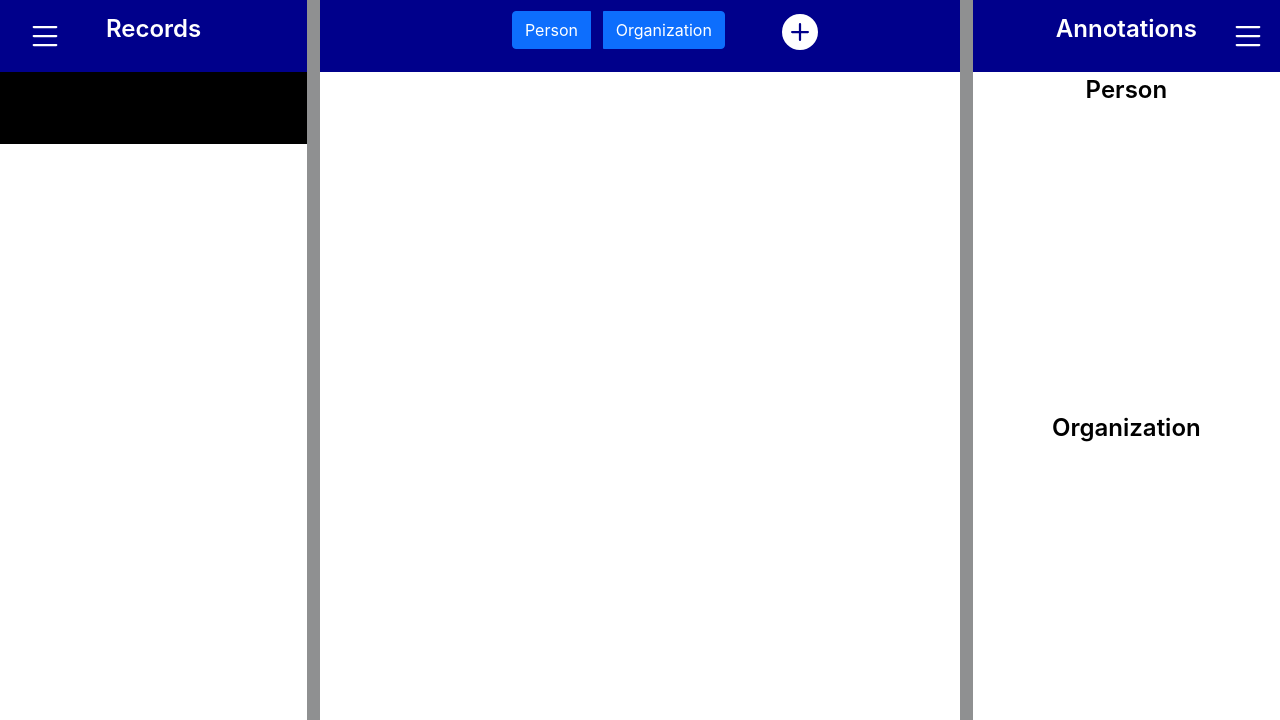
Repository: napan24/classforma_assignment
Page: / (app in client/)
These files come from the project's save history. The page is drawn as it stood at one moment and after the next save; the edit follows.
The browser window is 1280 px wide. The pictures show the whole page.
The project was rebuilt for these pictures with package versions that can differ from the ones it lists, and the page was loaded fresh each time. Also part of the build but not shown: client/src/App.css.

Above is the page before, as saved 2022-07-20 18:43:29.

After the next save:
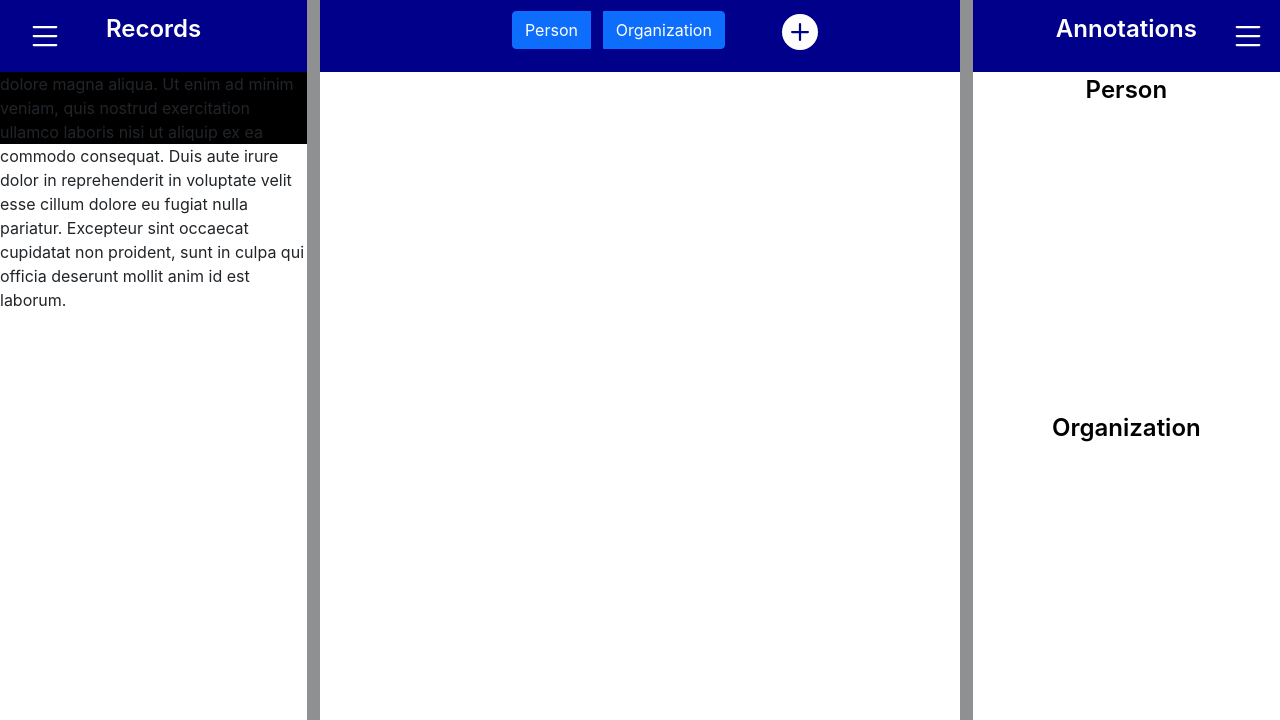
Saved 88 s later.
--- a/client/src/Home.js
+++ b/client/src/Home.js
@@ -7,8 +7,8 @@ const Home = () => {
     const [personName, setPersonName] = useState(['']);
     const [placeName, setPlaceName] = useState(['']);
     const [data, setData] = useState("");
-    const [leftClose,setLeftClose]=useState(false);
-    const [rightClose,setRightClose]=useState(false);
+    const [leftClose, setLeftClose] = useState(false);
+    const [rightClose, setRightClose] = useState(false);
     useEffect(() => {
         if (textField) {
             trending();
@@ -107,13 +107,18 @@ const Home = () => {
                     <svg onClick={() => { showLeftComponent() }} style={{ width: "5vw", height: "5vh", position: 'absolute', left: "1vw", top: "2.5vh", color: 'white' }} xmlns="http://www.w3.org/2000/svg" fill="currentColor" class="bi bi-list" viewBox="0 0 16 16">
                         <path fill-rule="evenodd" d="M2.5 12a.5.5 0 0 1 .5-.5h10a.5.5 0 0 1 0 1H3a.5.5 0 0 1-.5-.5zm0-4a.5.5 0 0 1 .5-.5h10a.5.5 0 0 1 0 1H3a.5.5 0 0 1-.5-.5zm0-4a.5.5 0 0 1 .5-.5h10a.5.5 0 0 1 0 1H3a.5.5 0 0 1-.5-.5z" />
                     </svg>
-                    <div style={{width:"24vw",height:"20vh",backgroundColor:"black"}}>
-
+                    <div style={{ width: "24vw", height: "20vh", backgroundColor: "black" }}>
+                        <span>
+                            1
+                        </span>
+                        <span>
+                            Lorem ipsum dolor sit amet, consectetur adipiscing elit, sed do eiusmod tempor incididunt ut labore et dolore magna aliqua. Ut enim ad minim veniam, quis nostrud exercitation ullamco laboris nisi ut aliquip ex ea commodo consequat. Duis aute irure dolor in reprehenderit in voluptate velit esse cillum dolore eu fugiat nulla pariatur. Excepteur sint occaecat cupidatat non proident, sunt in culpa qui officia deserunt mollit anim id est laborum.
+                        </span>
                     </div>
                 </div>
-                <div style={{ width: leftClose&&rightClose?"100vw":rightClose?"75vw":leftClose?"75vw":"50vw", height: "100vh", backgroundColor: "white", marginRight: "1vw", overflowY: "unset" }}>
-                    <div style={{ width: leftClose&&rightClose?"100vw":rightClose?"75vw":leftClose?"75vw":"50vw", height: "10vh", backgroundColor: "#00008b", position: 'relative', overflowY: 'hidden' }}>
-                        <svg id="left_open" onClick={() => { showLeftComponent() }} style={{ display:"none",width: "5vw", height: "5vh", position: 'absolute', left: "1vw", top: "2.5vh", color: 'white' }} xmlns="http://www.w3.org/2000/svg" fill="currentColor" class="bi bi-list" viewBox="0 0 16 16">
+                <div style={{ width: leftClose && rightClose ? "100vw" : rightClose ? "75vw" : leftClose ? "75vw" : "50vw", height: "100vh", backgroundColor: "white", marginRight: "1vw", overflowY: "unset" }}>
+                    <div style={{ width: leftClose && rightClose ? "100vw" : rightClose ? "75vw" : leftClose ? "75vw" : "50vw", height: "10vh", backgroundColor: "#00008b", position: 'relative', overflowY: 'hidden' }}>
+                        <svg id="left_open" onClick={() => { showLeftComponent() }} style={{ display: "none", width: "5vw", height: "5vh", position: 'absolute', left: "1vw", top: "2.5vh", color: 'white' }} xmlns="http://www.w3.org/2000/svg" fill="currentColor" class="bi bi-list" viewBox="0 0 16 16">
                             <path fill-rule="evenodd" d="M2.5 12a.5.5 0 0 1 .5-.5h10a.5.5 0 0 1 0 1H3a.5.5 0 0 1-.5-.5zm0-4a.5.5 0 0 1 .5-.5h10a.5.5 0 0 1 0 1H3a.5.5 0 0 1-.5-.5zm0-4a.5.5 0 0 1 .5-.5h10a.5.5 0 0 1 0 1H3a.5.5 0 0 1-.5-.5z" />
                         </svg>
                         <div class="btn-group" style={{ marginTop: "1.5vh", marginLeft: "15vw" }}>
@@ -126,16 +131,16 @@ const Home = () => {
                             </svg>
                         </label>
                         <input type="file" id="file" onChange={(e) => showFile(e)} style={{ display: "none" }} />
-                        <svg id="right_open" onClick={() => { showRightComponent() }} style={{  display:"none",width: "5vw", height: "5vh", position: 'absolute', right: "1vw", top: "2.5vh", color: 'white' }} xmlns="http://www.w3.org/2000/svg" fill="currentColor" class="bi bi-list" viewBox="0 0 16 16">
+                        <svg id="right_open" onClick={() => { showRightComponent() }} style={{ display: "none", width: "5vw", height: "5vh", position: 'absolute', right: "1vw", top: "2.5vh", color: 'white' }} xmlns="http://www.w3.org/2000/svg" fill="currentColor" class="bi bi-list" viewBox="0 0 16 16">
                             <path fill-rule="evenodd" d="M2.5 12a.5.5 0 0 1 .5-.5h10a.5.5 0 0 1 0 1H3a.5.5 0 0 1-.5-.5zm0-4a.5.5 0 0 1 .5-.5h10a.5.5 0 0 1 0 1H3a.5.5 0 0 1-.5-.5zm0-4a.5.5 0 0 1 .5-.5h10a.5.5 0 0 1 0 1H3a.5.5 0 0 1-.5-.5z" />
                         </svg>
                     </div>
-                    <div style={{ width: leftClose&&rightClose?"98vw":rightClose?"73vw":leftClose?"73vw":"48vw", height: "85vh", marginLeft: "2vw", marginTop: "5vh", overflowY: "scroll" }}>
+                    <div style={{ width: leftClose && rightClose ? "98vw" : rightClose ? "73vw" : leftClose ? "73vw" : "48vw", height: "85vh", marginLeft: "2vw", marginTop: "5vh", overflowY: "scroll" }}>
                         {textField}
                     </div>
                 </div>
-                <div id="right_component" style={{ display:'inline',width: "24vw", height: "100vh", backgroundColor: "white" }}>
-                    <div style={{ width: "24vw", height: "10vh", backgroundColor: "#00008b", textAlign: 'center', fontSize: '150%', color: "white", fontWeight: "600" ,position:'relative'}}>
+                <div id="right_component" style={{ display: 'inline', width: "24vw", height: "100vh", backgroundColor: "white" }}>
+                    <div style={{ width: "24vw", height: "10vh", backgroundColor: "#00008b", textAlign: 'center', fontSize: '150%', color: "white", fontWeight: "600", position: 'relative' }}>
                         <p style={{ paddingTop: "1.5vh" }}>
                             Annotations
                         </p>
